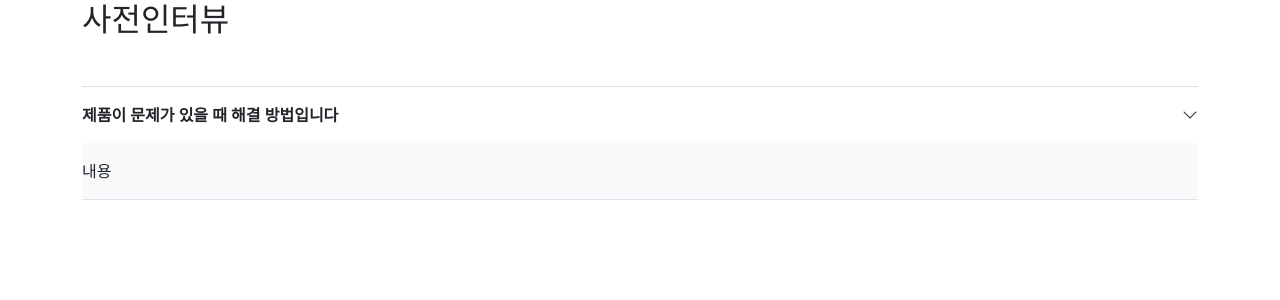
Repository: shin-eekk/js_study
Page: faq.html
These files come from the project's save history. The page is drawn as it stood at one moment and after a run of saves; the edit follows.
The browser window is 1280 px wide. The pictures show the whole page.
The style sheet was rebuilt from its Sass, Less or Tailwind sources for each picture, by a compiler version that may differ from the author's.

Above is the page before, as saved 2025-03-12 10:41:19.

After the next 2 saves:
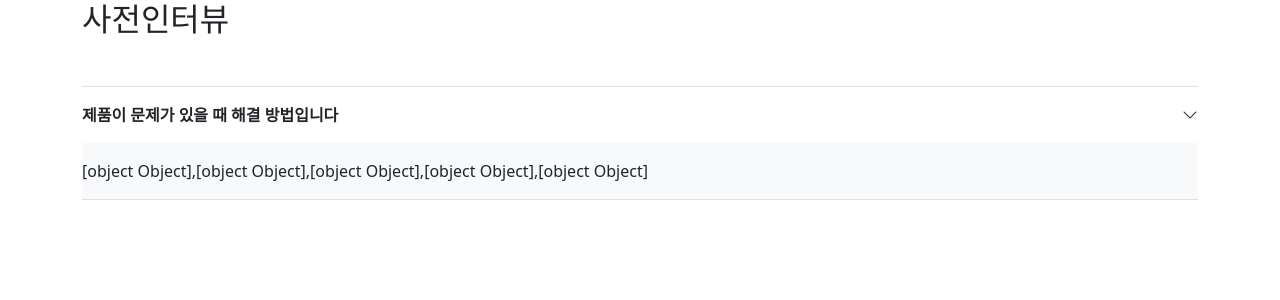
The 2 saves are shown as one change because they came seconds apart.
The last was saved 9 s later.
--- a/js/faq.js
+++ b/js/faq.js
@@ -25,7 +25,7 @@ window.addEventListener("DOMContentLoaded",()=>{
                     <strong>${faq[0].dt}</strong>
                     <i class="bi bi-chevron-down"></i>
                     </dt>
-                    <dd class="border-bottom py-3 bg-light">내용</dd>`;
+                    <dd class="border-bottom py-3 bg-light">${faq}</dd>`;
 
     const faqdom = document.querySelector("#faq dl");
     faqdom.innerHTML = faqtag;
